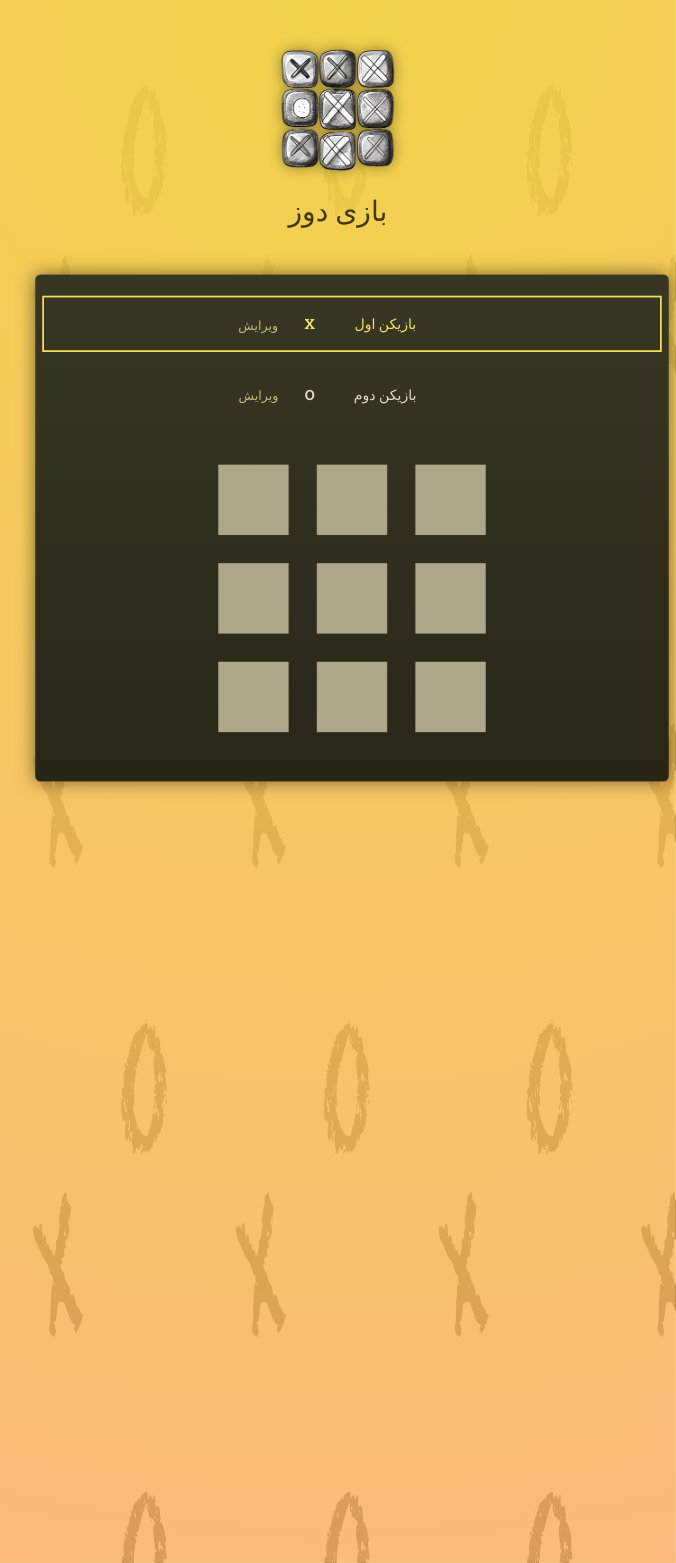
Repository: H-ala/react-tic-toc-toe
Page: /
The author's editor kept a copy of each file at every save. The page is drawn from the files as they stood at one save, then again after the next save.
The browser window is 768 px wide. The pictures show the whole page, at 88% of full size.
Some web fonts or font styles are not loaded; a fallback is used. The project was rebuilt for these pictures with package versions that can differ from the ones it lists, and the page was loaded fresh each time. Also part of the build but not shown: vite.config.js, src/components/GameOver.jsx.

Above is the page before, as saved 2025-10-21 18:19:09.

### index.html
<!DOCTYPE html>
<html lang="en">
  <head>
    <meta charset="UTF-8" />
    <link rel="icon" type="image/svg+xml" href="/game-logo.png" />
    <meta name="viewport" content="width=device-width, initial-scale=1.0" />
    <title>React Tic-Tac-Toe</title>
  </head>
  <body>
    <header>
      <img src="game-logo.png" alt="main picture">
      <h1>بازی دوز</h1>
    </header>
    <div id="root"></div>
    <script type="module" src="/src/index.jsx"></script>
  </body>
</html>

### src/App.jsx
import { WINNING_COMBINATIONS } from "./winning_combinations.js";
import { useState } from "react";
import GameBoard from "./components/GameBoard.jsx";
import GameOver from "./components/GameOver.jsx";
import Player from "./components/Player.jsx";
import Log from "./components/Log.jsx";

const PLAYERS = {
    X: "بازیکن اول",
    O: "بازیکن دوم",
  }

const INITIAL_GAME_BOARD = [
  [null, null, null],
  [null, null, null],
  [null, null, null],
];

function deriveActivePlayer(gameTurns) {
  let currentPlayer = "X";
  if (gameTurns.length > 0 && gameTurns[0].player === "X") {
    currentPlayer = "O";
  }
  return currentPlayer;
}

function deriveGameBoard(gameTurns) {
  let gameBoard = [...INITIAL_GAME_BOARD.map((innerArray) => [...innerArray])];

  for (const turn of gameTurns) {
    const { square, player } = turn;
    const { row, col } = square;

    gameBoard[row][col] = player;
  }
  return gameBoard
}

function deriveWinner(gameBoard, players) {
  let winner;

  for (const combination of WINNING_COMBINATIONS) {
    const firstSquareSymbol =
      gameBoard[combination[0].row][combination[0].column];
    const secondSquareSymbol =
      gameBoard[combination[1].row][combination[1].column];
    const thirdSquareSymbol =
      gameBoard[combination[2].row][combination[2].column];

    if (
      firstSquareSymbol &&
      firstSquareSymbol === secondSquareSymbol &&
      firstSquareSymbol === thirdSquareSymbol
    ) {
      winner = players[firstSquareSymbol];
    }
  }

  return winner;
}

function App() {
  const [players, setplayers] = useState(PLAYERS);
  const [gameTurns, setGameTurns] = useState([]);

  const activePlayer = deriveActivePlayer(gameTurns);

  const gameBoard = deriveGameBoard(gameTurns);
  const winner = deriveWinner(gameBoard, players);
  const isDraw = gameTurns.length === 9 && !winner;

  function handleSelectSquare(rowIndex, colIndex) {
    setGameTurns((prevTurns) => {
      const currentPlayer = deriveActivePlayer(prevTurns);
      const updatedTurns = [
        {
          square: { row: rowIndex, col: colIndex },
          player: currentPlayer,
        },
        ...prevTurns,
      ];
      return updatedTurns;
    });
  }

  function handlePlayerName(symbol, newName) {
    setplayers((prevPlayers) => {
      return {
        ...prevPlayers,
        [symbol]: newName,
      };
    });
  }

  function handleRestart() {
    setGameTurns([]);
  }
  return (
    <main>
      <div id="game-container">
        <ol id="players" className="highlight-player">
          <Player
            initialName={PLAYERS.X}
            symbol="X"
            isActive={activePlayer === "X"}
            onChangeName={handlePlayerName}
          />
          <Player
            initialName={PLAYERS.O}
            symbol="O"
            isActive={activePlayer === "O"}
            onChangeName={handlePlayerName}
          />
        </ol>
        {(winner || isDraw) && (
          <GameOver winner={winner} onRestart={handleRestart} />
        )}
        <GameBoard onSelectSquare={handleSelectSquare} board={gameBoard} />
      </div>
      <Log turns={gameTurns} />
    </main>
  );
}

export default App;

### src/index.css
@import url("https://fonts.googleapis.com/css2?family=Caprasimo&family=Roboto+Slab:wght@400;700&display=swap");

* {
  box-sizing: border-box;
}

html {
  font-family: "Roboto Slab", sans-serif;
  line-height: 1.5;

  color: #ebe7ef;

  font-synthesis: none;
  text-rendering: optimizeLegibility;
  -webkit-font-smoothing: antialiased;
  -moz-osx-font-smoothing: grayscale;
  -webkit-text-size-adjust: 100%;
}

body {
  background: radial-gradient(
      circle at top,
      rgba(241, 210, 70, 0.98),
      rgba(250, 176, 103, 0.87)
    ),
    url("bg-pattern-dark.png");
  background-repeat: repeat;
  background-size: 100% 100%, 30% 30%, 100% 100%;
  min-height: 110rem;
  direction: rtl;
}

header {
  text-align: center;
}

header img {
  width: 8rem;
  object-fit: contain;
  margin: 3rem auto 1rem auto;
  filter: drop-shadow(0 0 8px rgba(0, 0, 0, 0.4));
}

h1 {
  font-family: "Caprasimo", cursive;
  font-size: 3rem;
  margin: 0 auto 3rem auto;
  color: #3f3b00;
}

#game-container {
  max-width: 45rem;
  margin: 3rem auto;
  padding: 2rem;
  border-radius: 6px;
  background: linear-gradient(#383624, #282617);
  box-shadow: 0 0 20px rgba(0, 0, 0, 0.5);
  position: relative;
}

#players {
  list-style: none;
  padding: 0;
  margin: 1rem 0;
  display: flex;
  justify-content: center;
  align-items: center;
  gap: 2rem;
}

#players li {
  display: flex;
  align-items: center;
  width: 50%;
  border: 2px solid transparent;
}

#players.highlight-player li.active {
  border-color: #f6e35a;
  animation: pulse 2s infinite ease-in-out;
}

#players.highlight-player li.active .player-name,
#players.highlight-player li.active .player-symbol {
  color: #f6e35a;
}

#players button {
  width: 3rem;
  border: none;
  background: none;
  color: #c3ba78;
  font-size: 0.9rem;
  cursor: pointer;
  transition: color 0.2s;
  padding: 0.5rem 0.25rem 0.25rem 0.25rem;
  text-align: center;
}

#players button:hover {
  color: #f8ca31;
}

.player {
  border: 2px solid transparent;
  padding: 0.5rem;
  border-radius: 4px;
  font-weight: bold;
}

.player-name {
  display: inline-block;
  width: 10rem;
  font-size: 1rem;
  color: #e1dec7;
  text-transform: uppercase;
  margin: 0;
  padding: 0.5rem;
  border-radius: 4px;
  text-overflow: ellipsis;
  text-align: center;
}

.player input {
  font: inherit;
  font-size: 1rem;
  width: 10rem;
  border: none;
  padding: 0.5rem;
  animation: pulse-text 2s infinite;
  background-color: #46432f;
  text-align: center;
  text-transform: uppercase;
}

.player-symbol {
  margin-left: 1rem;
  font-size: 1rem;
  color: #e1dec7;
}

ol {
  list-style: none;
  margin: 0;
  padding: 0;
}

#pre-game {
  text-align: center;
}

#pre-game button {
  cursor: pointer;
  background: none;
  color: #f8c031;
  border: none;
  font-family: "Caprasimo", cursive;
  font-size: 4rem;
  text-shadow: 0 0 12px rgba(0, 0, 0, 0.7);
  animation: pulse-text-size 2s infinite ease-out;
}

#game-board {
  display: flex;
  flex-wrap: wrap;
  justify-content: center;
  gap: 2rem;
  margin: 3rem 0;
  padding: 0;
  flex-direction: column;
}

#game-board ol {
  display: flex;
  flex-wrap: wrap;
  justify-content: center;
  gap: 2rem;
  margin: 0;
  padding: 0;
}

#game-board button {
  width: 8rem;
  height: 8rem;
  border: none;
  background: #aca788;
  color: #3f3b00;
  font-size: 5rem;
  cursor: pointer;
  font-family: "Caprasimo", cursive;
  padding: 1rem;
}

#game-over {
  position: absolute;
  top: 0;
  left: 0;
  width: 100%;
  height: 100%;
  display: flex;
  flex-direction: column;
  justify-content: center;
  align-items: center;
  background-color: rgba(40, 38, 23, 0.95);
  animation: pop-in 0.5s cubic-bezier(0.68, -0.55, 0.65, 0.52) forwards;
}

#game-over h2 {
  font-family: "Caprasimo", cursive;
  font-size: 4rem;
  text-align: center;
  color: #fcd256;
  margin: 0;
}

#game-over p {
  font-size: 2rem;
  text-align: center;
  color: #e1dec7;
}

#game-over button {
  display: block;
  margin: 0 auto;
  font-size: 1.5rem;
  background: none;
  border: 2px solid #fcd256;
  color: #fcd256;
  padding: 0.5rem 1rem;
  border-radius: 4px;
  cursor: pointer;
  transition: all 0.2s, color 0.2s;
  box-shadow: 0 0 8px rgba(255, 187, 0, 0.4);
}

#game-over button:hover {
  background: #fcd256;
  color: #3f3b00;
  transform: scale(1.1);
  box-shadow: 0 0 20px rgba(255, 187, 0, 0.8);
}

#log {
  max-width: 20rem;
  color: #3f3b00;
  list-style: none;
  margin: 2rem auto;
  padding: 0;
  text-align: center;
}

#log li {
  border-radius: 4px;
  animation: slide-in-from-left 1s cubic-bezier(0.075, 0.82, 0.165, 1) forwards;
  margin: 0.75rem;
}

#log li.highlighted {
  background-color: #3f3b00;
  color: white;
}

#game-hints {
  text-align: center;
  color: #46432f;
}

#game-hints h2 {
  font-family: "Caprasimo", cursive;
  font-size: 2rem;
  margin: 0;
}

#game-hints ul {
  list-style: none;
  padding: 0;
  margin: 0;
}

#game-hints button {
  cursor: pointer;
  border: none;
  background: transparent;
  color: #23221f;
  font: inherit;
  margin-top: 1.5rem;
}

@keyframes slide-in-from-left {
  0% {
    opacity: 0;
    transform: translateX(-30%);
  }
  100% {
    opacity: 1;
    transform: translateX(0);
  }
}

@keyframes pulse-text {
  0% {
    color: #e1dec7;
  }
  50% {
    color: #9f9d83;
  }
  100% {
    color: #e1dec7;
  }
}

@keyframes pulse-text-size {
  0% {
    transform: scale(1);
  }
  50% {
    transform: scale(1.05);
  }
  100% {
    transform: scale(1);
  }
}

@keyframes pulse {
  0% {
    border-color: #f6e35a;
    box-shadow: 0 0 0 0 rgba(246, 227, 90, 0.4);
  }
  50% {
    border-color: #f8c031;
    box-shadow: 0 0 0 0.5rem rgba(248, 165, 49, 0);
  }
  100% {
    border-color: #f6e35a;
    box-shadow: 0 0 0 0 rgba(246, 227, 90, 0);
  }
}

/* Fancy animation for showing the "Game Over" element */
@keyframes pop-in {
  0% {
    transform: scale(0);
    opacity: 0;
  }
  80% {
    transform: scale(1.1);
    opacity: 1;
  }
  100% {
    transform: scale(1);
  }
}

@media (max-width: 768px) {
  h1 {
    font-size: 2rem;
  }

  #game-container {
    padding: 0.5rem;
    margin: 0rem;
  }

  #players {
    flex-direction: column;
    gap: 1rem;
  }

  #players li {
    width: 100%;
    align-items: center;
    justify-content: center;
  }

  #game-board button {
    width: 5rem;
    height: 5rem;
    font-size: 2.5rem;
  }

  #pre-game button {
    font-size: 2.5rem;
  }

  #game-over h2 {
    font-size: 2.5rem;
  }

  #game-over p {
    font-size: 1.2rem;
  }
}

### src/winning_combinations.js
export const WINNING_COMBINATIONS = [
  [
    { row: 0, column: 0 },
    { row: 0, column: 1 },
    { row: 0, column: 2 },
  ],
  [
    { row: 1, column: 0 },
    { row: 1, column: 1 },
    { row: 1, column: 2 },
  ],
  [
    { row: 2, column: 0 },
    { row: 2, column: 1 },
    { row: 2, column: 2 },
  ],
  [
    { row: 0, column: 0 },
    { row: 1, column: 0 },
    { row: 2, column: 0 },
  ],
  [
    { row: 0, column: 1 },
    { row: 1, column: 1 },
    { row: 2, column: 1 },
  ],
  [
    { row: 0, column: 2 },
    { row: 1, column: 2 },
    { row: 2, column: 2 },
  ],
  [
    { row: 0, column: 0 },
    { row: 1, column: 1 },
    { row: 2, column: 2 },
  ],
  [
    { row: 0, column: 2 },
    { row: 1, column: 1 },
    { row: 2, column: 0 },
  ],
];

### src/components/Player.jsx
import { useState } from "react";

export default function ({ initialName, symbol, isActive, onChangeName }) {
  const [playerName, setplayerName] = useState(initialName);
  const [isEditting, setIsEditting] = useState(false);

  function handleEditClick() {
    setIsEditting((editting) => !editting);
    if (isEditting) {
      onChangeName(symbol, playerName);
    }
  }

  function handleChange(event) {
    setplayerName(event.target.value);
  }

  let edittablePlayerName = <span className="player-name">{playerName}</span>;
  if (isEditting) {
    edittablePlayerName = (
      <input type="text" required value={playerName} onChange={handleChange} />
    );
  }
  return (
    <li className={isActive ? "active" : undefined}>
      <span className="player">
        {edittablePlayerName}
        <span className="player-symbol">{symbol}</span>
      </span>
      <button onClick={handleEditClick}>{isEditting ? "ذخیره" : "ویرایش"} </button>
    </li>
  );
}

### src/components/Log.jsx
export default function Log({ turns }) {
  return (
    <ol id="log">
      {turns.map((turn) => (
        <li key={`${turn.square.row}${turn.square.col}`}>
          {turn.player} ردیف {turn.square.row + 1} و ستون {turn.square.col + 1}{" "}
          را انتخاب کرد
        </li>
      ))}
    </ol>
  );
}

Loaded but not shown: src/index.jsx (common file); src/components/GameBoard.jsx (common file)

After the next save:
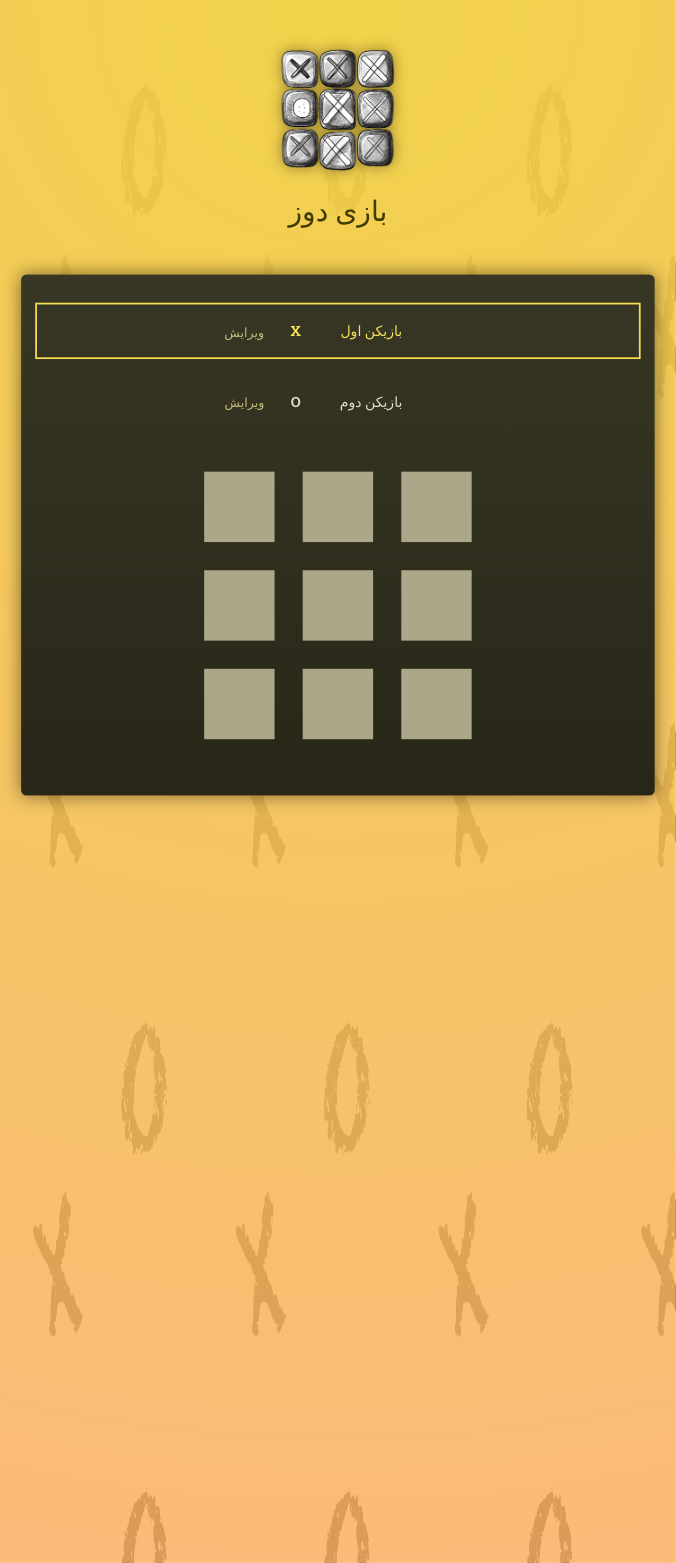
Saved 8 s later.
--- a/src/index.css
+++ b/src/index.css
@@ -357,8 +357,8 @@ ol {
   }
 
   #game-container {
-    padding: 0.5rem;
-    margin: 0rem;
+    padding: 1rem;
+    margin: 1rem;
   }
 
   #players {
